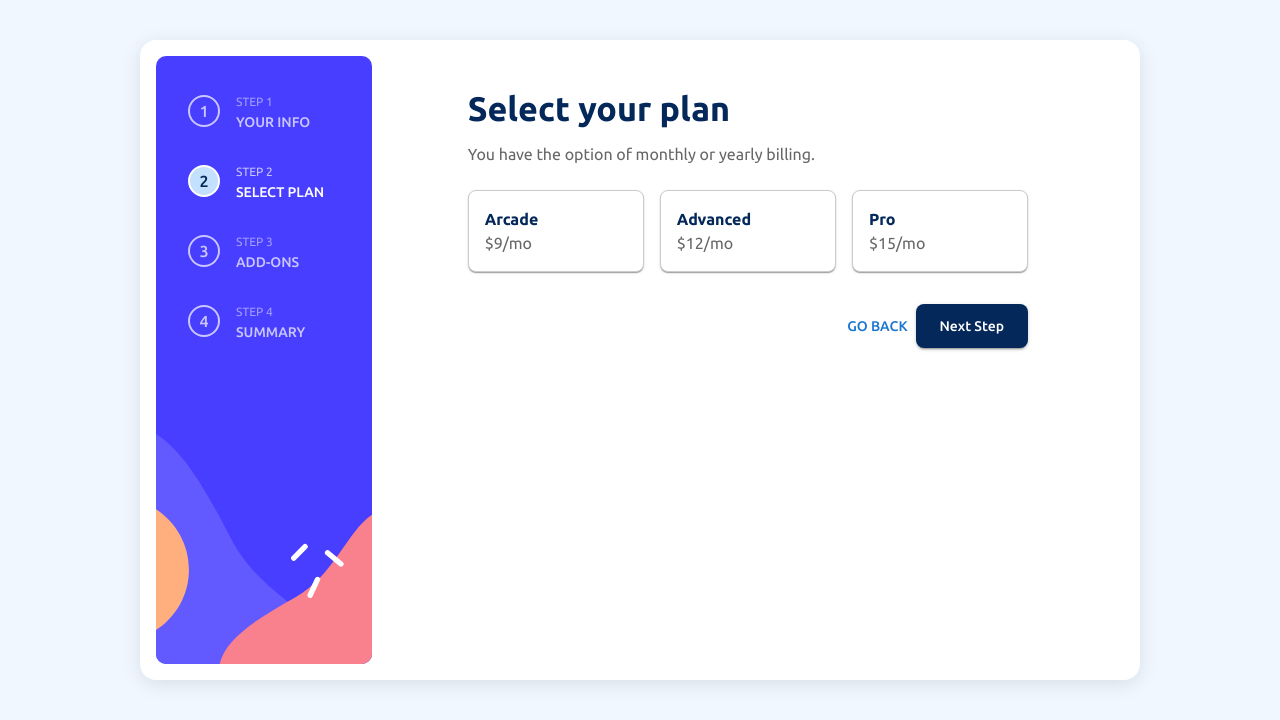
Repository: ozerrrs/chalange7days
Page: / (app in 7dayschalange/7dayschallange/), after clicking the first element matching `button.MuiButtonBase-root`
The author's editor kept a copy of each file at every save. The page is drawn from the files as they stood at one save, then again after a run of saves.
The browser window is 1280 px wide. The pictures show the whole page.
The project was rebuilt for these pictures with package versions that can differ from the ones it lists, and the page was loaded fresh each time. Also part of the build but not shown: 7dayschalange/7dayschallange/vite.config.js.

Above is the page before, as saved 2025-03-05 15:04:39.

### 7dayschalange/7dayschallange/src/main.jsx
import * as React from "react";
import * as ReactDOM from "react-dom/client";
import { ThemeProvider } from "@mui/material/styles";
import { CssBaseline } from "@mui/material";
import theme from "./theme/theme";
import App from "./App";
import "./index.css";
ReactDOM.createRoot(document.getElementById("root")).render(
  <React.StrictMode>
    <ThemeProvider theme={theme}>
      <CssBaseline />
      <App />
    </ThemeProvider>
  </React.StrictMode>
);

### 7dayschalange/7dayschallange/src/theme/theme.jsx
import { createTheme } from "@mui/material/styles";

const theme = createTheme({
  typography: {
    fontFamily: "'Ubuntu', sans-serif",
    h4: {
      fontWeight: 700,
    },
    h2: {
      fontWeight: 500,
    },
  },
  components: {
    MuiCssBaseline: {
      styleOverrides: `
        body {
          background-color: #f0f7ff;
        }
      `,
    },
  },
});

export default theme;

### 7dayschalange/7dayschallange/src/App.jsx
import { Routes, Route, BrowserRouter } from "react-router-dom";
import FirstPage from "./pages/firstPage";
import "@fontsource/ubuntu/400.css"; // Regular
import "@fontsource/ubuntu/500.css"; // Medium
import "@fontsource/ubuntu/700.css"; // Bold
function App() {
  return (
    <BrowserRouter>
      <Routes>
        <Route path="/" element={<FirstPage />} />
        {/* <Route path="/about" element={<About />} />
          <Route path="/login" element={<Login />} />
          <Route path="/register" element={<Register />} /> */}
      </Routes>
    </BrowserRouter>
  );
}
export default App;

### 7dayschalange/7dayschallange/src/index.css
#root {
  height: 100vh;
  width: 100vw;
  background-color: #f0f7ff;
}

### 7dayschalange/7dayschallange/src/pages/firstPage.jsx
import React, { useState } from "react";
import {
  Box,
  TextField,
  Typography,
  Button,
  Stepper,
  Step,
  StepLabel,
  Paper,
  Container,
  Grid,
  CssBaseline,
} from "@mui/material";
import { styled, ThemeProvider } from "@mui/material/styles";
// Import the background image for the sidebar
import backgroundNav from "../assets/bg-sidebar-desktop.svg"; // Adjust the path as needed

const FormContainer = styled(Paper)(({ theme }) => ({
  padding: theme.spacing(2),
  borderRadius: 16,
  boxShadow: "0px 4px 20px rgba(0, 0, 0, 0.1)",
  display: "flex",
  overflow: "hidden",
  minWidth: 1000,
  minHeight: 640,
  margin: "0 auto",
  position: "absolute",
  top: "50%",
  left: "50%",
  transform: "translate(-50%, -50%)",
}));

const SideBar = styled(Box)(({ theme }) => ({
  padding: theme.spacing(4),
  borderRadius: "10px 10px 10px 10px",
  color: "white",
  width: 274,
  position: "relative",
  overflow: "hidden",
  background: "none",
  minHeight: 568,
}));

const ContentArea = styled(Box)(({ theme }) => ({
  paddingLeft: theme.spacing(12),
  paddingRight: theme.spacing(12),
  paddingTop: theme.spacing(4),
  paddingBottom: theme.spacing(4),
  width: "100%",
}));

const NextButton = styled(Button)(({ theme }) => ({
  backgroundColor: "#04285a",
  color: "white",
  borderRadius: 8,
  padding: "10px 24px",
  textTransform: "none", // This prevents uppercase text

  "&:hover": {
    backgroundColor: "#172b4d",
  },
}));
const StyledTextField = styled(TextField)(({ theme }) => ({
  marginBottom: theme.spacing(2),
  "& .MuiOutlinedInput-root": {
    borderRadius: "10px",
    "& fieldset": {
      borderRadius: "10px",
    },
  },
}));

const StepNumber = styled(Box)(({ theme, active }) => ({
  width: 32,
  height: 32,
  borderRadius: "50%",
  border: "2px solid white",
  display: "flex",
  alignItems: "center",
  justifyContent: "center",
  marginRight: theme.spacing(2),
  backgroundColor: active ? "#c3e0ff" : "transparent", // Blue background when active
  color: active ? "#04285a" : "white",
  fontWeight: 500,
}));

const StepItem = styled(Box)(({ theme, active }) => ({
  display: "flex",
  alignItems: "center",
  marginBottom: theme.spacing(3),
  opacity: active ? 1 : 0.7,
}));

const steps = [
  { label: "YOUR INFO", description: "Personal details" },
  { label: "SELECT PLAN", description: "Choose your plan" },
  { label: "ADD-ONS", description: "Add extra features" },
  { label: "SUMMARY", description: "Review your order" },
];

function MultiStepForm() {
  const [activeStep, setActiveStep] = useState(0);
  const [formData, setFormData] = useState({
    name: "",
    email: "",
    phone: "",
  });

  const handleInputChange = (e) => {
    const { name, value } = e.target;
    setFormData({
      ...formData,
      [name]: value,
    });
  };

  const handleNext = () => {
    setActiveStep((prevActiveStep) => prevActiveStep + 1);
  };

  const handleBack = () => {
    setActiveStep((prevActiveStep) => prevActiveStep - 1);
  };

  const getStepContent = (step) => {
    switch (step) {
      case 0:
        return (
          <Box>
            <Typography
              variant="h4"
              gutterBottom
              fontWeight="bold"
              sx={{ color: "#04285a" }}
            >
              Personal info
            </Typography>
            <Typography color="textSecondary" paragraph>
              Please provide your name, email address, and phone number.
            </Typography>

            <Box mt={3}>
              <Typography fontWeight={500} mb={1} sx={{ color: "#04285a" }}>
                Name
              </Typography>
              <StyledTextField
                fullWidth
                placeholder="e.g. Stephen King"
                name="name"
                value={formData.name}
                onChange={handleInputChange}
                variant="outlined"
              />

              <Typography fontWeight={500} mb={1} sx={{ color: "#04285a" }}>
                Email Address
              </Typography>

              <StyledTextField
                fullWidth
                placeholder="e.g. stephenking@lorem.com"
                name="email"
                value={formData.email}
                onChange={handleInputChange}
                variant="outlined"
              />

              <Typography fontWeight={500} mb={1} sx={{ color: "#04285a" }}>
                Phone Number
              </Typography>

              <StyledTextField
                fullWidth
                placeholder="e.g. +1 234 567 890"
                name="phone"
                value={formData.phone}
                onChange={handleInputChange}
                variant="outlined"
                sx={{ mb: 8 }}
              />
            </Box>
          </Box>
        );
      case 1:
        return (
          <Box>
            <Typography
              variant="h4"
              gutterBottom
              fontWeight="bold"
              sx={{ color: "#04285a" }}
            >
              Select your plan
            </Typography>
            <Typography color="textSecondary" paragraph>
              You have the option of monthly or yearly billing.
            </Typography>

            {/* Plan selection content will go here */}
            <Box mt={3} sx={{ display: "flex", gap: 2 }}>
              {/* Example plan cards would go here */}
              <Paper
                sx={{
                  p: 2,
                  borderRadius: 2,
                  flex: 1,
                  border: "1px solid #ccc",
                }}
              >
                <Typography fontWeight="bold" sx={{ color: "#04285a" }}>
                  Arcade
                </Typography>
                <Typography color="textSecondary">$9/mo</Typography>
              </Paper>

              <Paper
                sx={{
                  p: 2,
                  borderRadius: 2,
                  flex: 1,
                  border: "1px solid #ccc",
                }}
              >
                <Typography fontWeight="bold" sx={{ color: "#04285a" }}>
                  Advanced
                </Typography>
                <Typography color="textSecondary">$12/mo</Typography>
              </Paper>

              <Paper
                sx={{
                  p: 2,
                  borderRadius: 2,
                  flex: 1,
                  border: "1px solid #ccc",
                }}
              >
                <Typography fontWeight="bold" sx={{ color: "#04285a" }}>
                  Pro
                </Typography>
                <Typography color="textSecondary">$15/mo</Typography>
              </Paper>
            </Box>
          </Box>
        );
      case 2:
        return (
          <Box>
            <Typography
              variant="h4"
              gutterBottom
              fontWeight="bold"
              sx={{ color: "#04285a" }}
            >
              Pick add-ons
            </Typography>
            <Typography color="textSecondary" paragraph>
              Add-ons help enhance your gaming experience.
            </Typography>
          </Box>
        );
      case 3:
        return (
          <Box>
            <Typography
              variant="h4"
              gutterBottom
              fontWeight="bold"
              sx={{ color: "#04285a" }}
            >
              Summary
            </Typography>
            <Typography color="textSecondary" paragraph>
              Please confirm your selections.
            </Typography>
          </Box>
        );
      default:
        return "Unknown step";
    }
  };

  return (
    <FormContainer>
      <SideBar>
        <Box
          sx={{
            position: "absolute",
            top: 0,
            left: 0,
            width: "100%",
            height: "100%",
            zIndex: 0,
          }}
        >
          <img
            src={backgroundNav}
            alt="background"
            style={{ width: "100%", height: "100%", objectFit: "cover" }}
          />
        </Box>
        <Box sx={{ position: "relative", zIndex: 1 }}>
          {steps.map((step, index) => (
            <StepItem key={index} active={activeStep === index}>
              <StepNumber active={activeStep === index}>{index + 1}</StepNumber>

              <Box>
                <Typography variant="caption" sx={{ opacity: 0.7 }}>
                  STEP {index + 1}
                </Typography>
                <Typography variant="subtitle2">{step.label}</Typography>
              </Box>
            </StepItem>
          ))}
        </Box>
      </SideBar>

      <ContentArea>
        {getStepContent(activeStep)}

        <Box sx={{ display: "flex", justifyContent: "flex-end", mt: 4 }}>
          {activeStep !== 0 && (
            <Button onClick={handleBack} sx={{ ml: 2 }}>
              Go Back
            </Button>
          )}
          <NextButton variant="contained" onClick={handleNext}>
            Next Step
          </NextButton>
        </Box>
      </ContentArea>
    </FormContainer>
  );
}

export default MultiStepForm;

Loaded but not shown: 7dayschalange/7dayschallange/index.html (common file)

After the next 2 saves:
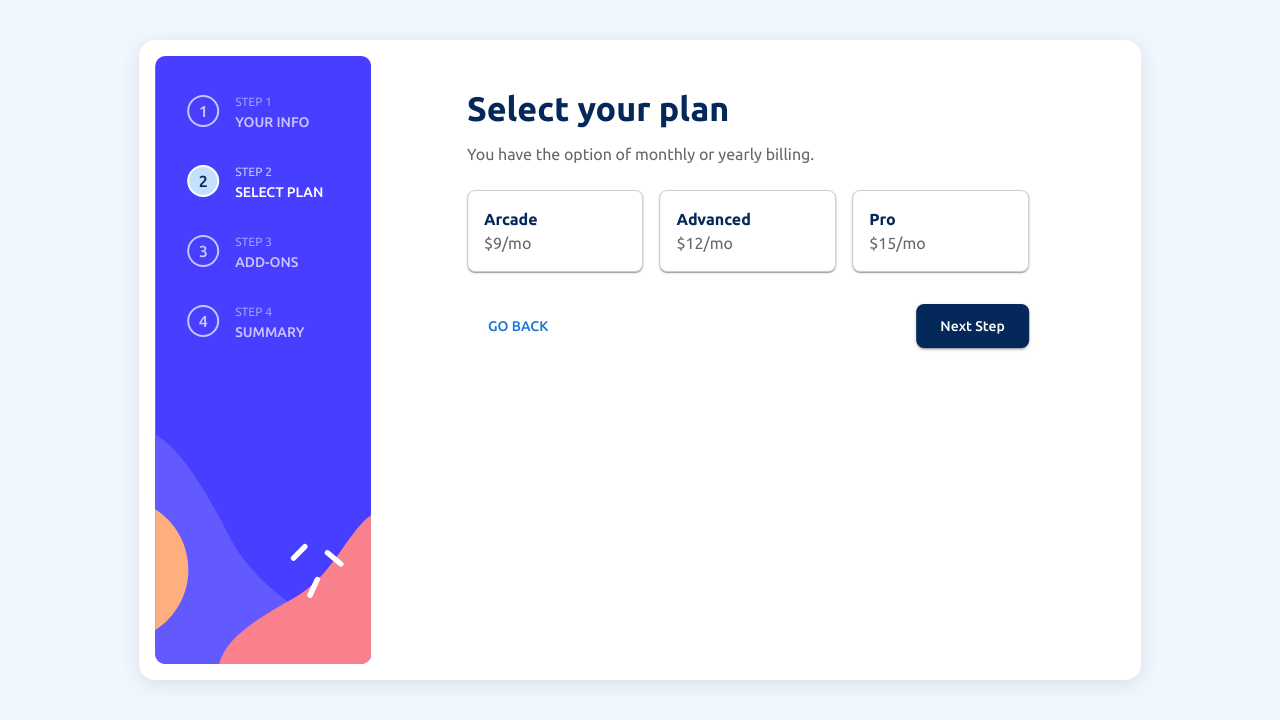
The 2 saves are shown as one change because they came seconds apart.
The last was saved 24 s later.
--- a/7dayschalange/7dayschallange/src/pages/firstPage.jsx
+++ b/7dayschalange/7dayschallange/src/pages/firstPage.jsx
@@ -321,7 +321,7 @@ function MultiStepForm() {
 
         <Box sx={{ display: "flex", justifyContent: "flex-end", mt: 4 }}>
           {activeStep !== 0 && (
-            <Button onClick={handleBack} sx={{ ml: 2 }}>
+            <Button onClick={handleBack} sx={{ mr: 45 }}>
               Go Back
             </Button>
           )}
